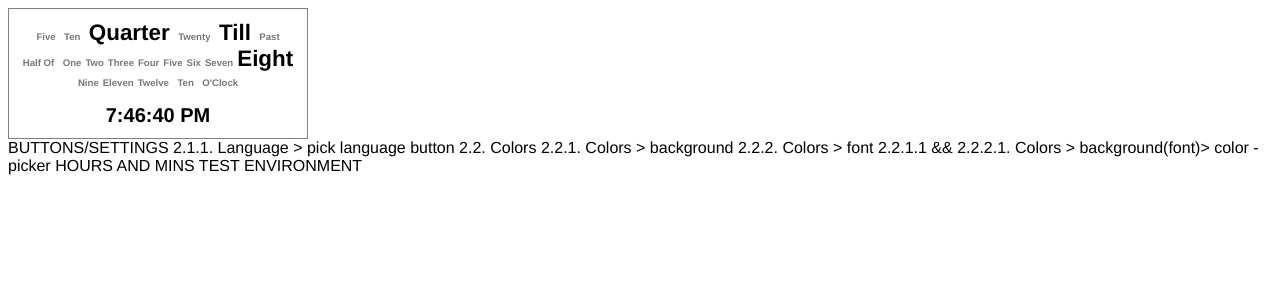
Repository: Skaidrius/WordClock
Page: index.html
The author's editor kept a record of every edit. The page is drawn from the files as they stood at one moment, then again after the next edit.
The browser window is 1280 px wide. The pictures show the whole page.
Some web libraries are served in a nearby version.

Above is the page before.

After the next edit:
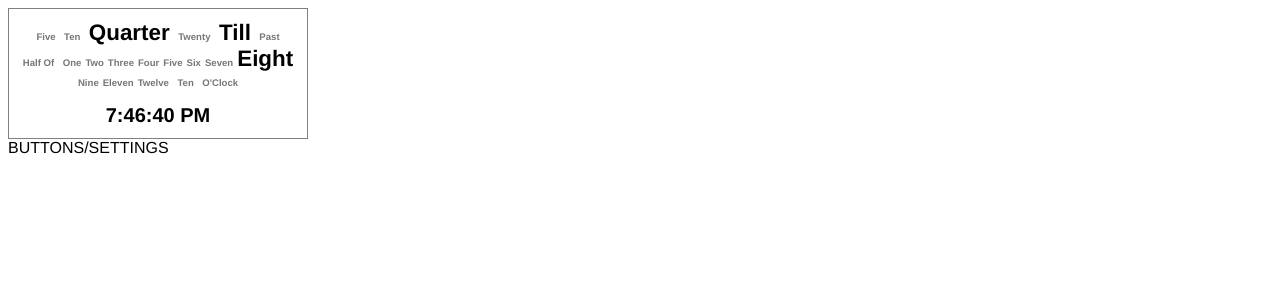
The edit:
--- a/index.html
+++ b/index.html
@@ -68,35 +68,35 @@
             <span ng-show="en">Language</span>
         </button>
 
-        2.1.1. Language > pick language button
+        <!--2.1.1. Language > pick language button-->
         <button ng-show="change && sets && lang">
             <span ng-show="lt" ng-click="en=true; lt=false; change=!change">En</span>
             <span ng-show="en" ng-click="en=false; lt=true; change=!change">Lt</span>
         </button>
 
-        2.2. Colors
+        <!--2.2. Colors -->
         <button ng-show="change && sets" ng-click="color=!color; lang=false">
             <span ng-show="lt">Spalvos</span>
             <span ng-show="en">Color</span>
         </button>
 
-        2.2.1. Colors > background
+        <!--2.2.1. Colors > background-->
         <button ng-show="change && sets && color" ng-click="picker=!picker">
             <span ng-show="lt">Fonas</span>
             <span ng-show="en">Background</span>
         </button>
 
-        2.2.2. Colors > font
+        <!--2.2.2. Colors > font-->
         <button ng-show="change && sets && color" ng-click="picker=!picker">
             <span ng-show="lt">Raidės</span>
             <span ng-show="en">Font</span>
         </button>
 
-        2.2.1.1 && 2.2.2.1. Colors > background(font)> color - picker
+        <!--2.2.1.1 && 2.2.2.1. Colors > background(font)> color - picker-->
         <div ng-show="picker" class='preview' style='color:{{color | toHex}};'></div>
         <picker ng-show="picker" color='color'></picker>
 
-        HOURS AND MINS TEST ENVIRONMENT
+        <!--HOURS AND MINS TEST ENVIRONMENT -->
         <div ng-show="change" ng-init="currHours = '1'; currMins = '0'; currSecs = '0'">
             <button ng-init="show=false;" ng-click="show=!show">Test</button>
             <div ng-show="show" >
